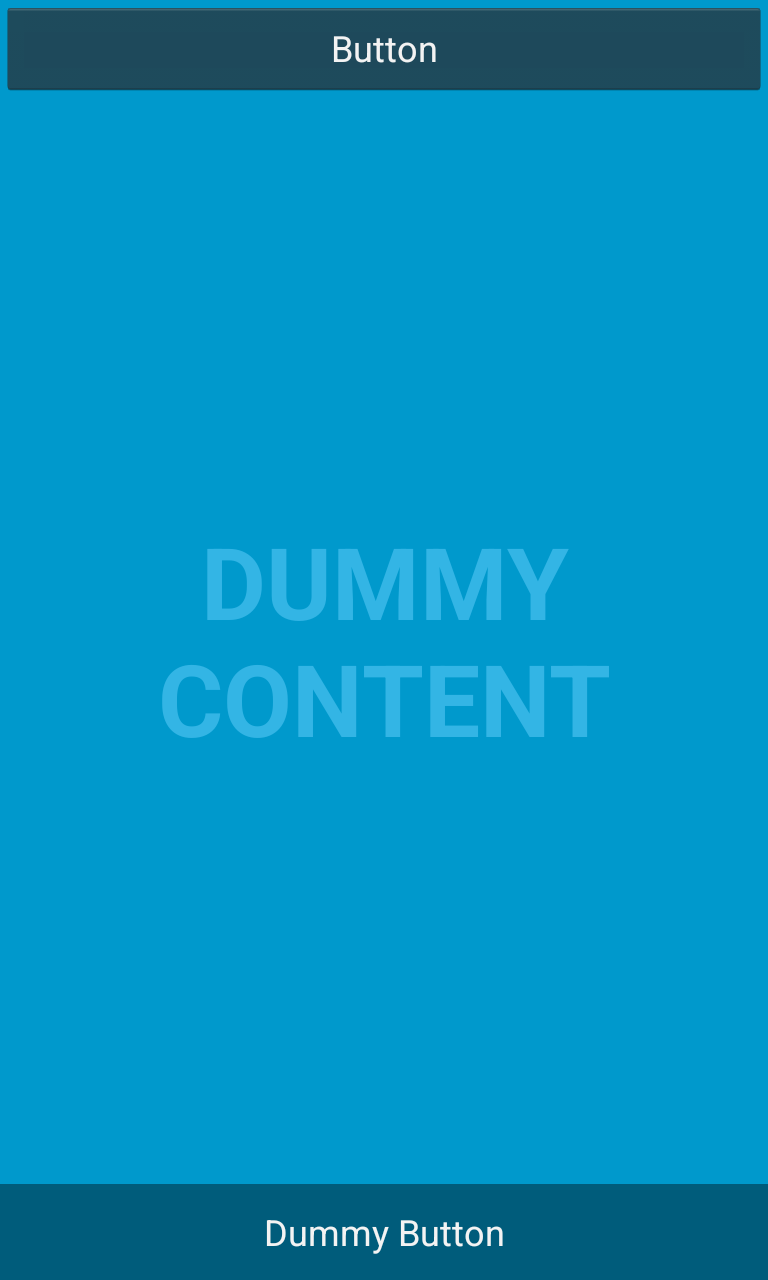
Repository: danthrift/Androidexamplesnippets
Layout: Buttons11/res/layout/activity_fullscreen.xml
These files come from the project's save history. The layout is drawn as it stood at one moment and after the next save; the edit follows.
It is drawn on a 768 x 1280 px phone screen (xhdpi) without system bars, with theme FullscreenTheme; the app's code is not run.

Above is the layout before, as saved 2014-04-04 01:45:44.

### Buttons11/res/layout/activity_fullscreen.xml
<FrameLayout xmlns:android="http://schemas.android.com/apk/res/android"
    xmlns:tools="http://schemas.android.com/tools"
    android:layout_width="match_parent"
    android:layout_height="match_parent"
    android:background="#0099cc"
    tools:context="com.danthrift.buttons11.FullscreenActivity" >

    <!--
         The primary full-screen view. This can be replaced with whatever view
         is needed to present your content, e.g. VideoView, SurfaceView,
         TextureView, etc.
    -->

    <TextView
        android:id="@+id/fullscreen_content"
        android:layout_width="match_parent"
        android:layout_height="match_parent"
        android:gravity="center"
        android:keepScreenOn="true"
        android:text="@string/dummy_content"
        android:textColor="#33b5e5"
        android:textSize="50sp"
        android:textStyle="bold" />

    <!--
         This FrameLayout insets its children based on system windows using
         android:fitsSystemWindows.
    -->

    <FrameLayout
        android:layout_width="match_parent"
        android:layout_height="match_parent"
        android:fitsSystemWindows="true" >

        <LinearLayout
            android:id="@+id/fullscreen_content_controls"
            style="?metaButtonBarStyle"
            android:layout_width="match_parent"
            android:layout_height="wrap_content"
            android:layout_gravity="bottom|center_horizontal"
            android:background="@color/black_overlay"
            android:orientation="horizontal"
            tools:ignore="UselessParent" >

            <Button
                android:id="@+id/dummy_button"
                style="?metaButtonBarButtonStyle"
                android:layout_width="0dp"
                android:layout_height="wrap_content"
                android:layout_weight="1"
                android:text="@string/dummy_button" />
        </LinearLayout>

        <Button
            android:id="@+id/button1"
            android:layout_width="fill_parent"
            android:layout_height="wrap_content"
            android:text="Button" />

    </FrameLayout>

</FrameLayout>

### Buttons11/res/values/strings.xml
<?xml version="1.0" encoding="utf-8"?>
<resources>

    <string name="app_name">Buttons11</string>
    <string name="dummy_button">Dummy Button</string>
    <string name="dummy_content">DUMMY\nCONTENT</string>

</resources>

Loaded but not shown: Buttons11/res/values-v11/styles.xml (common file); Buttons11/res/values/styles.xml (common file); Buttons11/res/values/colors.xml (common file)

After the next save:
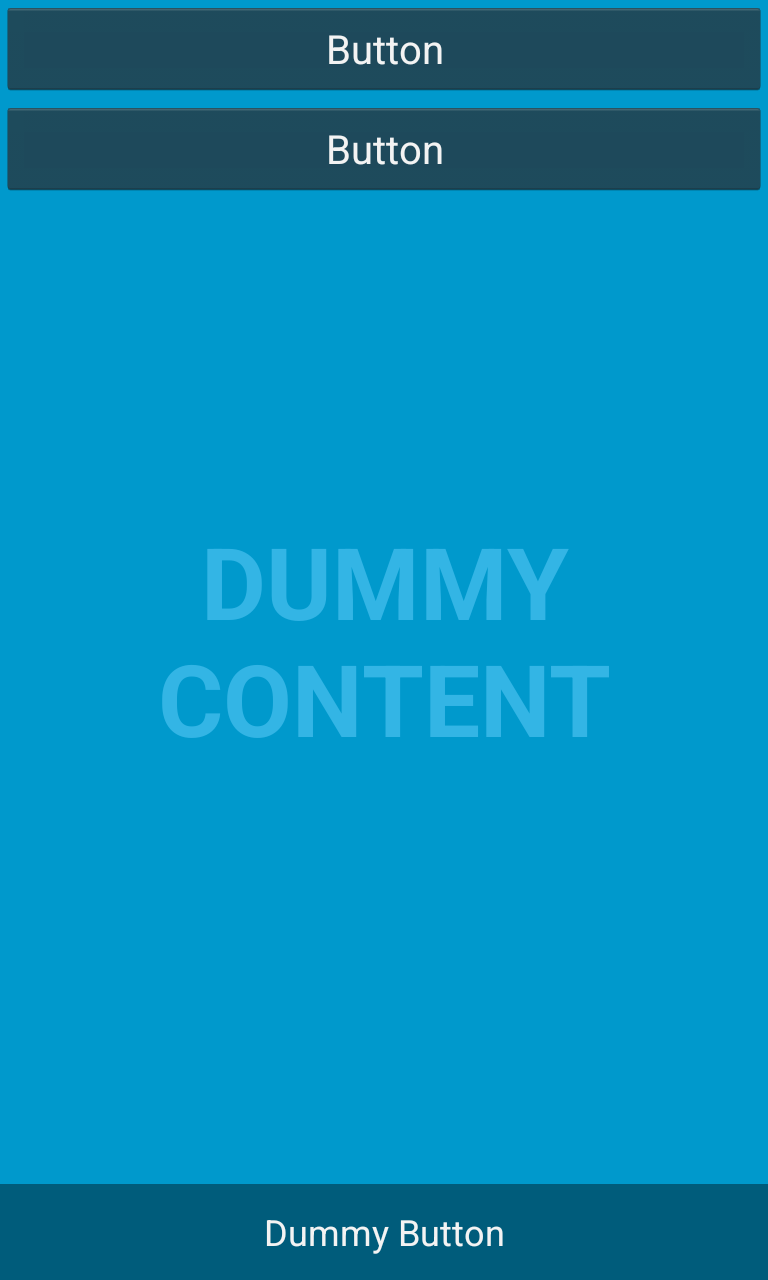
Saved 9 min 23 s later.
--- a/Buttons11/res/layout/activity_fullscreen.xml
+++ b/Buttons11/res/layout/activity_fullscreen.xml
@@ -55,6 +55,16 @@
             android:id="@+id/button1"
             android:layout_width="fill_parent"
             android:layout_height="wrap_content"
+            android:layout_gravity="top"
+            android:textSize="20dp"
+            android:text="Button" />
+
+        <Button
+            android:id="@+id/button2"
+            android:layout_width="fill_parent"
+            android:layout_height="wrap_content"
+            android:textSize="20dp"
+            android:layout_marginTop="50dp"
             android:text="Button" />
 
     </FrameLayout>
